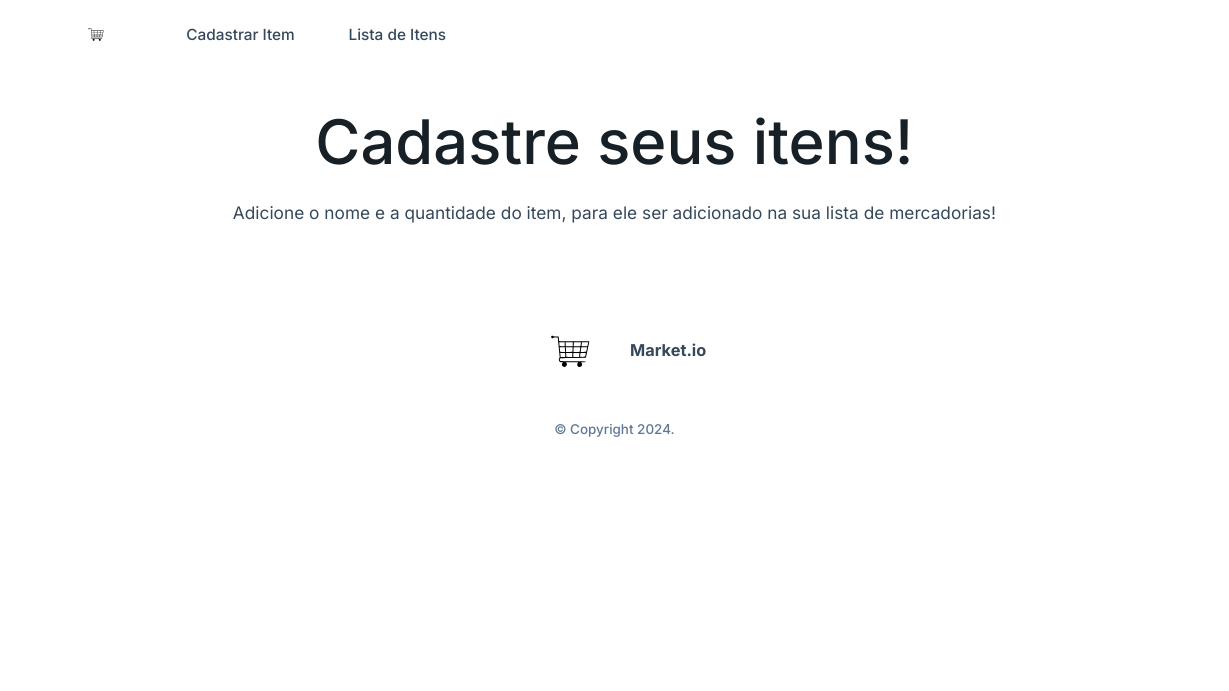
Repository: saraalves09/Avaliacao-01
Page: /
An editor plug-in stored every save of this project. The page is shown before and after the next save, followed by the edit.
The browser window is 1280 px wide. The pictures show the whole page, at 96% of full size.
The project was rebuilt for these pictures with package versions that can differ from the ones it lists, and the page was loaded fresh each time. The framework's server and built-in components were replaced by stand-ins that run in the browser. Also part of the build but not shown: next.config.mjs.

Above is the page before, as saved 2024-04-23 21:33:48.

After the next save:
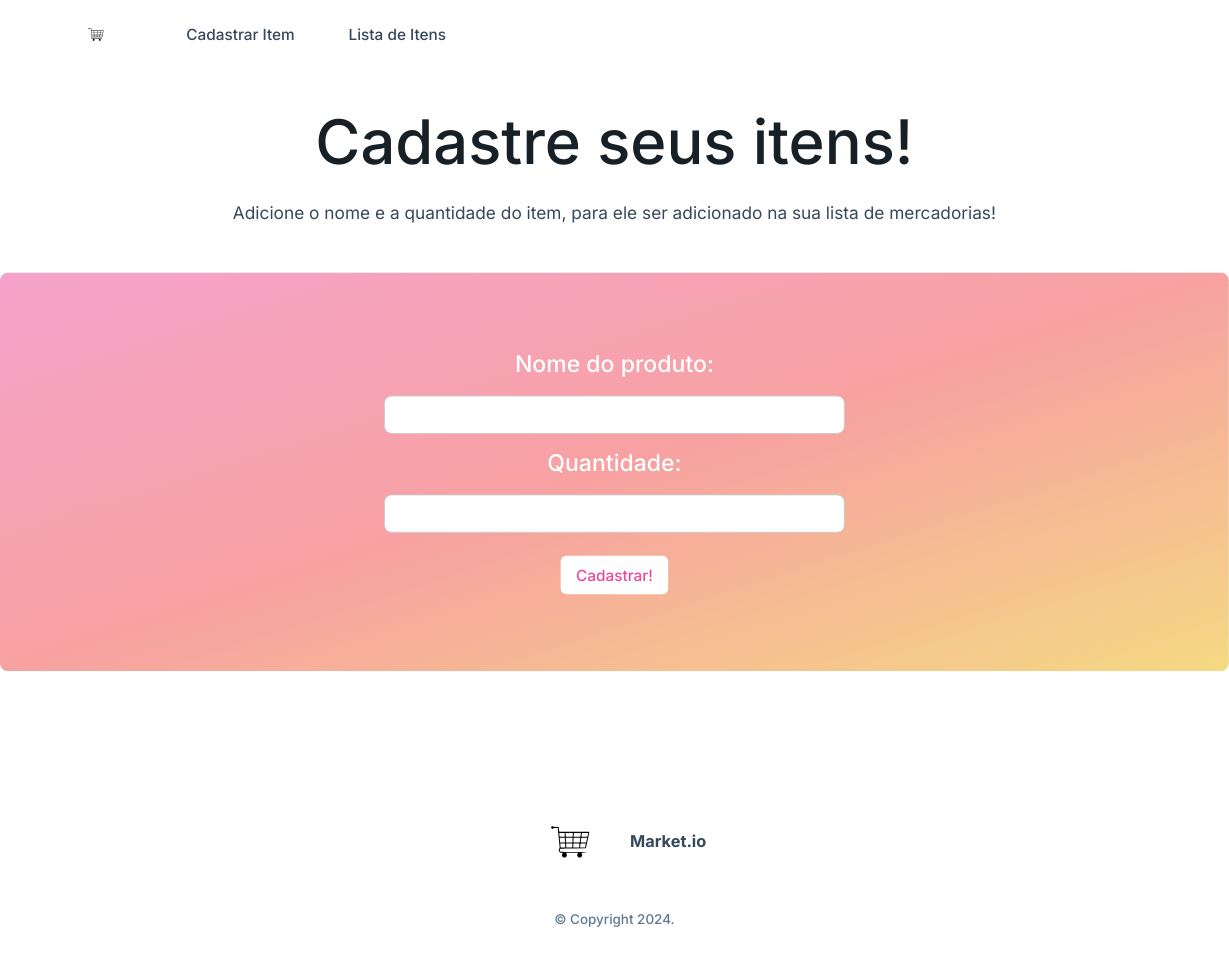
Saved 30 s later.
--- a/app/page.tsx
+++ b/app/page.tsx
@@ -1,4 +1,4 @@
-
+import { Cta } from "./components/Cta"
 import { Footer } from "./components/Footer";
 import { Hero } from "./components/Hero";
 import { Navbar } from "./components/Navbar";
@@ -8,6 +8,7 @@ export default function Home() {
     <>
       <Navbar />
       <Hero />
+      <Cta />
       <Footer />
     </>
   );
